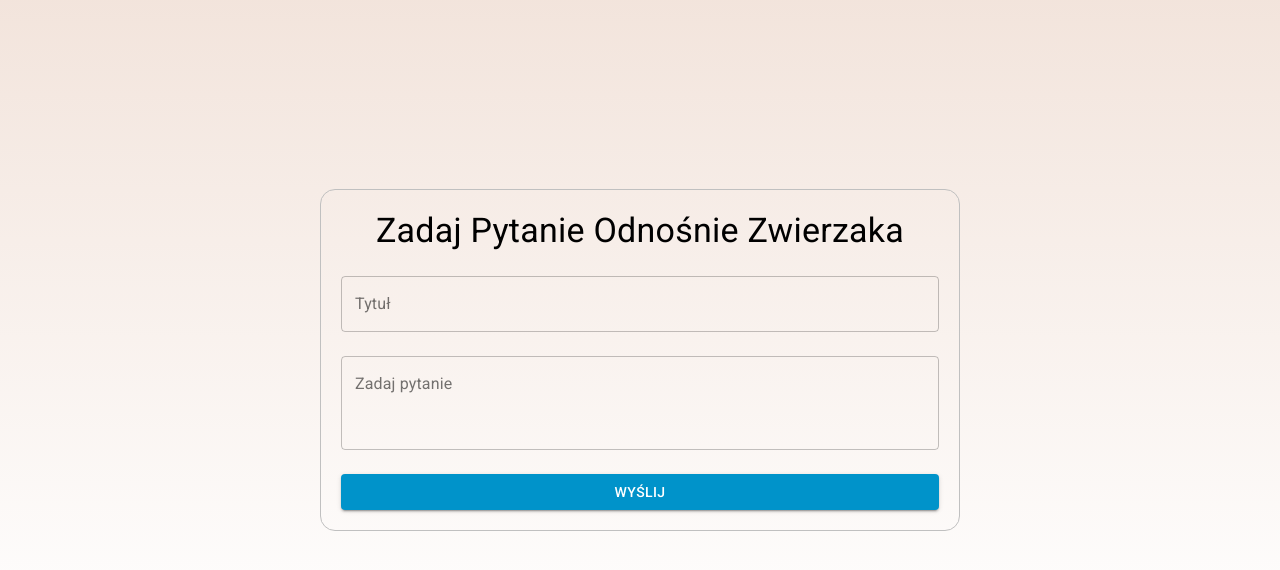
Repository: piotr-bocian/Projekt-5
Page: /
An editor plug-in stored every save of this project. The page is shown before and after a run of saves, followed by the edit.
The browser window is 1280 px wide. The pictures show the whole page.
The project was rebuilt for these pictures with package versions that can differ from the ones it lists, and the page was loaded fresh each time.

Above is the page before, as saved 2021-03-22 18:03:48.

After the next 3 saves:
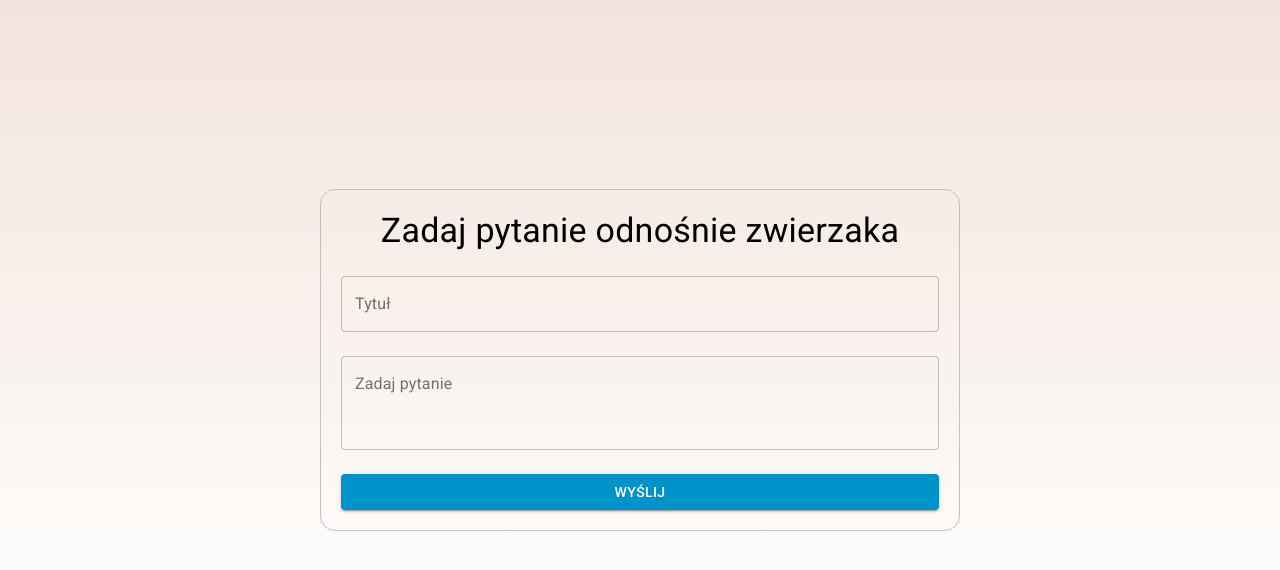
The 3 saves are shown as one change because they came seconds apart.
The last was saved 15 s later.
--- a/src/components/Organisms/AdotpionForm/AdotpionForm.js
+++ b/src/components/Organisms/AdotpionForm/AdotpionForm.js
@@ -20,7 +20,7 @@ const AdotpionForm = () => {
         <form className="form" onSubmit={sendForm}>
             <Grid container spacing={3}>
                 <Grid item xs={12} sm={12} md={12}>
-                    <Typography variant="h4" align="center">Zadaj Pytanie Odnośnie Zwierzaka</Typography>
+                    <Typography variant="h4" align="center">Zadaj pytanie odnośnie zwierzaka</Typography>
                 </Grid>
                 <Grid item xs={12} sm={12} md={12}>
                     <TextField
